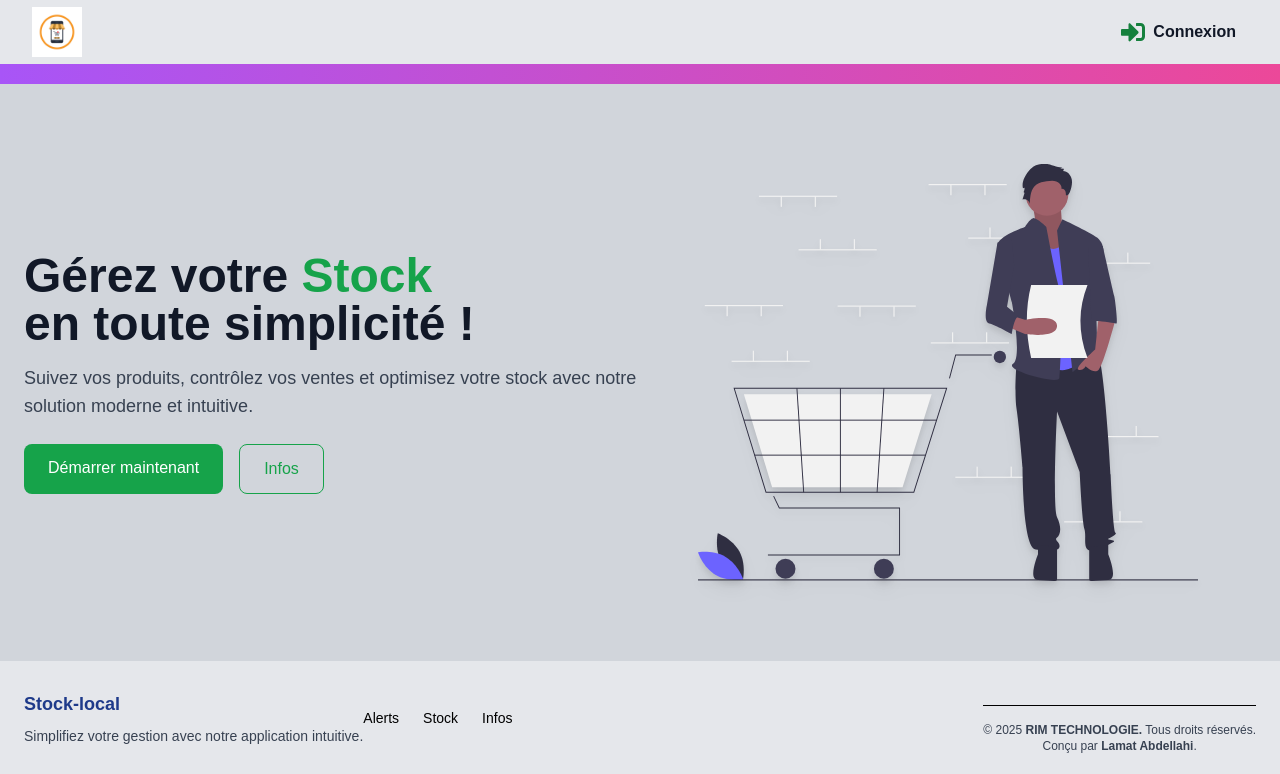
Repository: lamatmed/stock-mr
Page: /
These files come from the project's save history. The page is drawn as it stood at one moment and after a run of saves; the edit follows.
The browser window is 1280 px wide. The pictures show the whole page.
The page's requests for data from a server got no answer. The project was rebuilt for these pictures with package versions that can differ from the ones it lists, and the page was loaded fresh each time. Some packages were replaced by stand-ins written for this rebuild. The framework's server and built-in components were replaced by stand-ins that run in the browser. No one was signed in, and anything a server would have sent is missing. Also part of the build but not shown: next.config.ts.

Above is the page before, as saved 2025-04-14 15:48:11.

After the next 3 saves:
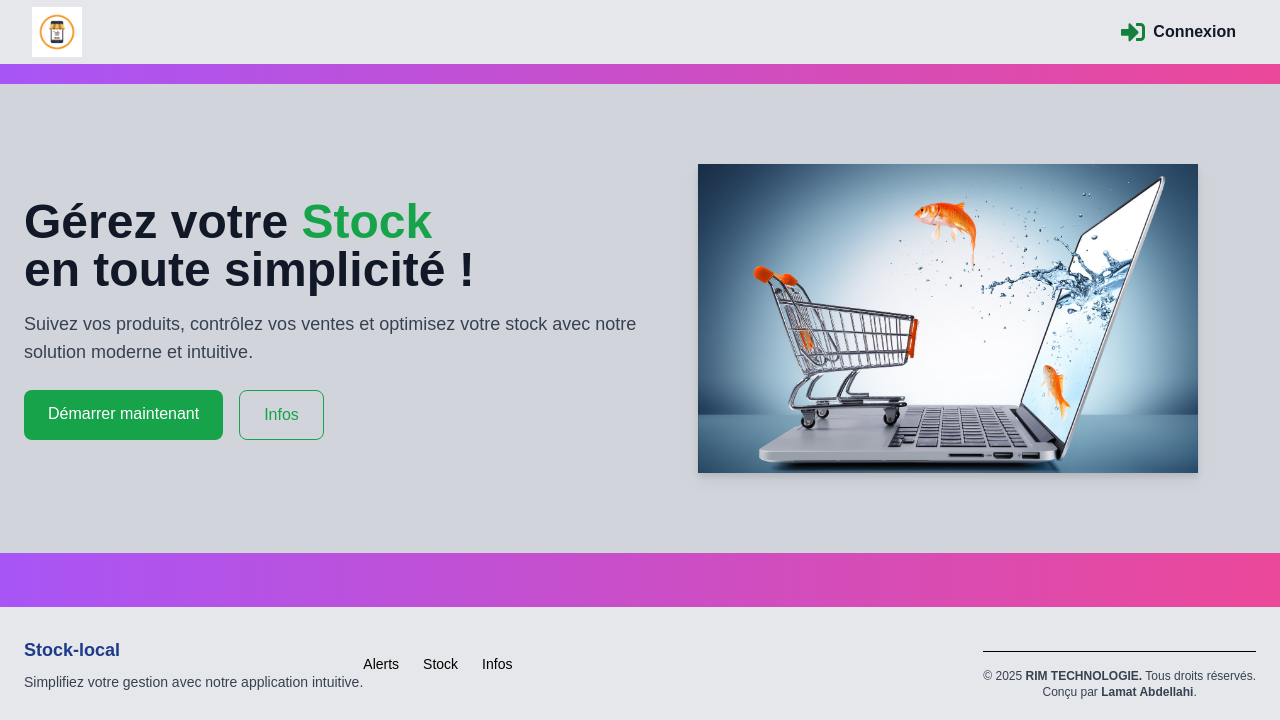
The 3 saves are shown as one change because they came seconds apart.
The last was saved 32 s later.
--- a/app/page.tsx
+++ b/app/page.tsx
@@ -48,7 +48,7 @@ const Hero = () => {
             {/* Image */}
             <div className="lg:w-1/2 flex justify-center">
               <Image
-                src="/logo.svg" // Remplace avec une vraie image
+                src="/R.jpg" // Remplace avec une vraie image
                 alt="Gestion de stock"
                 width={500}
                 height={500}
